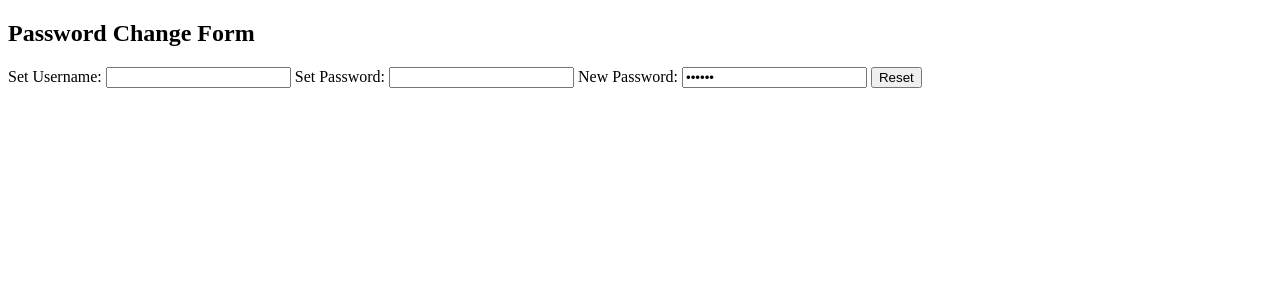
Repository: EU1182053/AdvJavaWorksSpace
Page: Servlets/src/main/webapp/Password.html
These files come from the project's save history. The page is drawn as it stood at one moment and after the next save; the edit follows.
The browser window is 1280 px wide. The pictures show the whole page.

Above is the page before, as saved 2022-09-03 15:16:24.

After the next save:
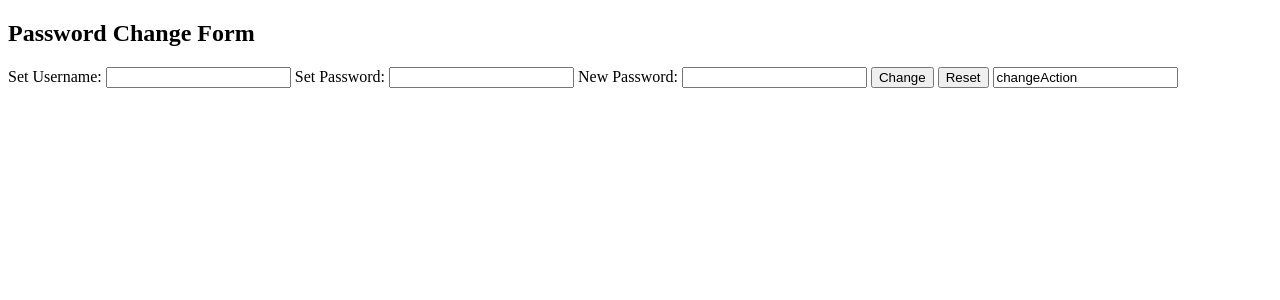
Saved 2 min 23 s later.
--- a/Servlets/src/main/webapp/Password.html
+++ b/Servlets/src/main/webapp/Password.html
@@ -19,12 +19,12 @@
             <label for="pass">Set Password: </label>
             <input type="password" name="pass" id="pass" pattern="(?=.*?[A-Z])(?=.*?[a-z])(?=.*?[0-9])(?=.*?[#?!@$%^&*-]).{8,}">
             <label for="confirmpass">New Password: </label>
-            <input type="password"  name="newPass" pattern="(?=.*?[A-Z])(?=.*?[a-z])(?=.*?[0-9])(?=.*?[#?!@$%^&*-]).{8,} required>
+            <input type="password"  name="newPass" pattern="(?=.*?[A-Z])(?=.*?[a-z])(?=.*?[0-9])(?=.*?[#?!@$%^&*-]).{8,}" required>
 
 
             <input type="submit" value="Change">
             <input type="reset">
-            <input type="hidden" name="act" value="changeAction">
+            <input  name="act" value="changeAction">
         </form>
     </section>
 </body>
